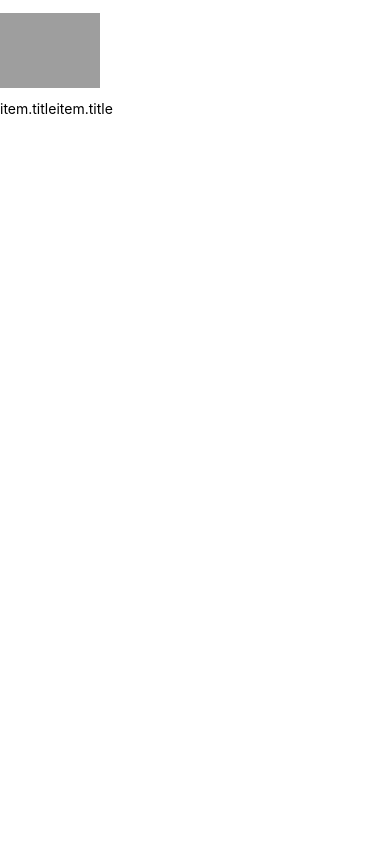
Repository: lakshithapramodya/uber
Screen: /HomeScreen
These files come from the project's save history. The screen is drawn as it stood at one moment and after the next save; the edit follows.
Pictures or frames that could not be fetched are drawn as grey boxes. The app was drawn by React Native's web renderer in a window 390 px wide. The project was rebuilt for these pictures with package versions that can differ from the ones it lists, and the page was loaded fresh each time. Imported but missing from the stored project, and not drawn on this page: slices/navSlice.

Above is the screen before, as saved 2022-11-29 14:52:42.

After the next save:
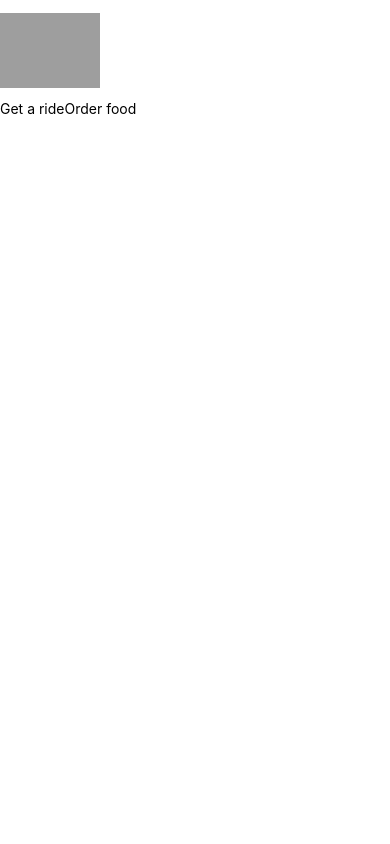
Saved 42 s later.
--- a/components/NavOptions.js
+++ b/components/NavOptions.js
@@ -23,7 +23,7 @@ export default function NavOptions() {
       horizontal
       renderItem={({ item }) => (
         <TouchableOpacity>
-          <Text>item.title</Text>
+          <Text>{item.title}</Text>
         </TouchableOpacity>
       )}
     />
